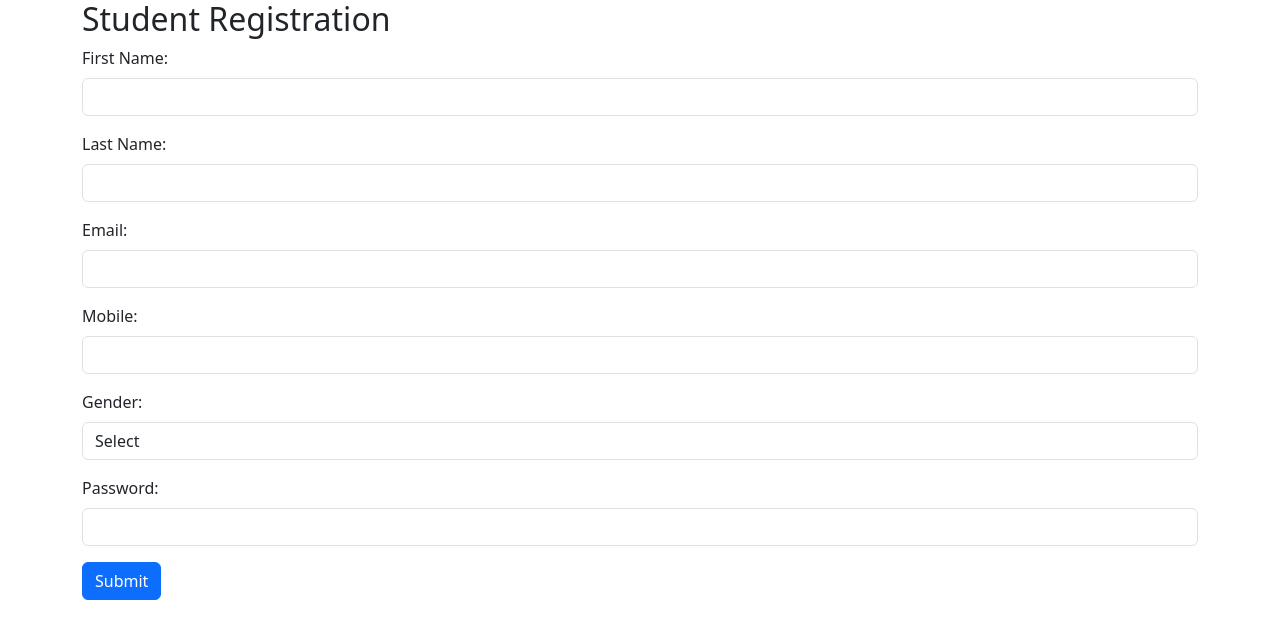
Repository: 2001Yogi/JavaWebAssignment
Page: http://localhost/JSPServletCRUD/
These files come from the project's save history. The page is drawn as it stood at one moment and after the next save; the edit follows.
The browser window is 1280 px wide. The pictures show the whole page.
The page is served by Tomcat 9. Other server files are loaded and not shown.

Above is the page before, as saved 2024-09-19 09:09:06.

### JSPServletCRUD/src/main/webapp/index.jsp
<%@ page language="java" contentType="text/html; charset=ISO-8859-1"
    pageEncoding="ISO-8859-1"%>
<!DOCTYPE html>
<html>
<head>
<meta charset="ISO-8859-1">
<title>Student CRUD</title>
 <link href="https://cdn.jsdelivr.net/npm/bootstrap@5.3.0-alpha1/dist/css/bootstrap.min.css" rel="stylesheet">
 <script>
        function validateForm() {
            const emailPattern = /^[^\s@]+@[^\s@]+\.[^\s@]+$/;
            const passwordPattern = /^(?=.*[A-Za-z])(?=.*\d)(?=.*[@$!%*#?&])[A-Za-z\d@$!%*#?&]{8,}$/;

            let email = document.forms["studentForm"]["email"].value;
            let password = document.forms["studentForm"]["password"].value;

            if (!emailPattern.test(email)) {
                alert("Invalid email format!");
                return false;
            }

            if (!passwordPattern.test(password)) {
                alert("Password must contain at least 8 characters, a letter, a number, and a special character.");
                return false;
            }
            return true;
        }
</script>
</head>
<body>
	<div class="container">
        <h2>Student Registration</h2>
        <form name="studentForm" action="StudServlet" method="post" onsubmit="return validateForm()">
            <div class="mb-3">
                <label for="fname" class="form-label">First Name:</label>
                <input type="text" class="form-control" id="fname" name="fname" required>
            </div>
            <div class="mb-3">
                <label for="lname" class="form-label">Last Name:</label>
                <input type="text" class="form-control" id="lname" name="lname" required>
            </div>
            <div class="mb-3">
                <label for="email" class="form-label">Email:</label>
                <input type="email" class="form-control" id="email" name="email" required>
            </div>
            <div class="mb-3">
                <label for="mobile" class="form-label">Mobile:</label>
                <input type="text" class="form-control" id="mobile" name="mobile" required>
            </div>
            <div class="mb-3">
                <label for="gender" class="form-label">Gender:</label>
                <select class="form-control" id="gender" name="gender" required>
                    <option value="">Select</option>
                    <option value="Male">Male</option>
                    <option value="Female">Female</option>
                </select>
            </div>
            <div class="mb-3">
                <label for="password" class="form-label">Password:</label>
                <input type="password" class="form-control" id="password" name="password" required>
            </div>
            <button type="submit" class="btn btn-primary">Submit</button>
        </form>
    </div>
</body>
</html>

After the next save:
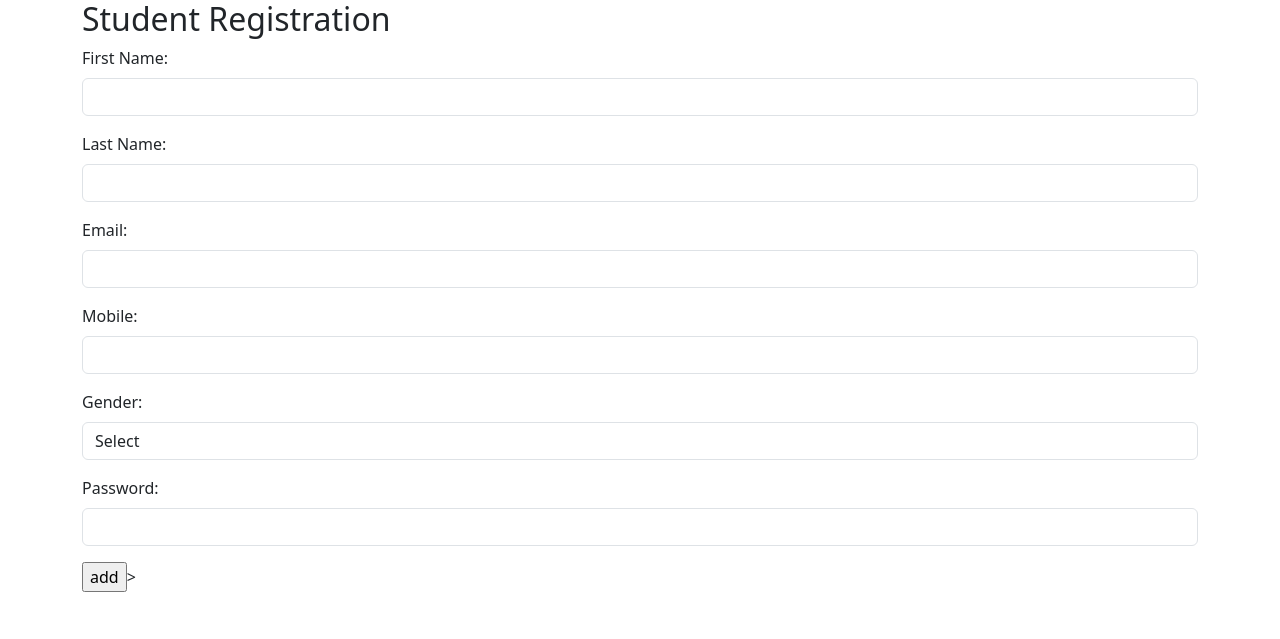
Saved 14 s later.
--- a/JSPServletCRUD/src/main/webapp/index.jsp
+++ b/JSPServletCRUD/src/main/webapp/index.jsp
@@ -59,7 +59,7 @@
                 <label for="password" class="form-label">Password:</label>
                 <input type="password" class="form-control" id="password" name="password" required>
             </div>
-            <button type="submit" class="btn btn-primary">Submit</button>
+            <input type = "Submit" name ="action" value ="add">>
         </form>
     </div>
 </body>
